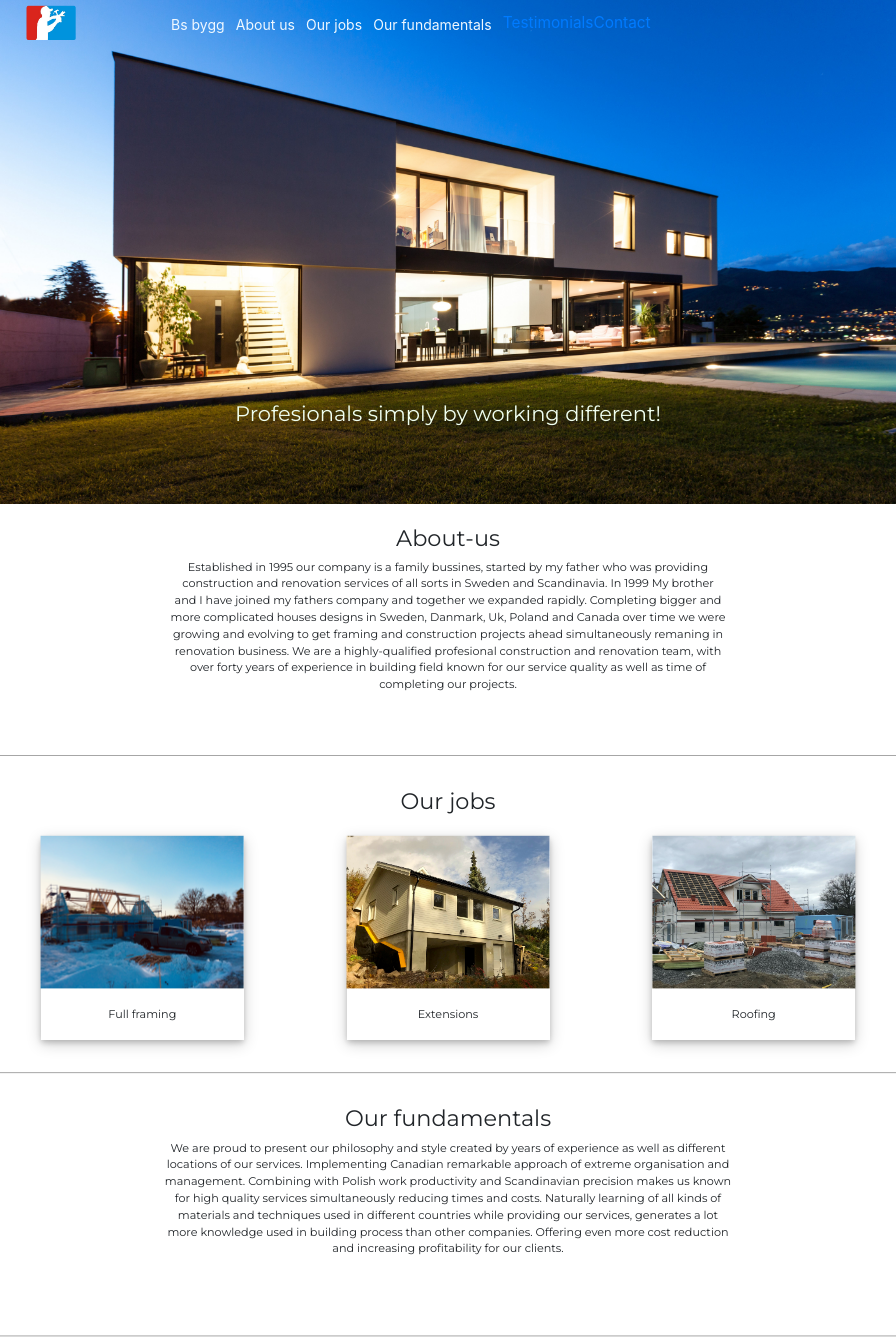
Repository: Bartie1982/milestone-project-1
Page: index.html
The author's editor kept a record of every edit. The page is drawn from the files as they stood at one moment, then again after the next edit.
The browser window is 1280 px wide. The pictures show the part of the page from y = 0 to 1920 px (the page is 2806 px tall), at 70% of full size.
Some web libraries are served in a nearby version.

Above is the page before.

### index.html
<!DOCTYPE html>
<html lang="en">

<head>
    <meta charset="UTF-8">
    <meta name="viewport" content="width=device-width, initial-scale=1.0">
    <meta http-equiv="X-UA-Compatible" content="ie=edge">
    <link rel="stylesheet" href="https://stackpath.bootstrapcdn.com/bootstrap/4.3.1/css/bootstrap.min.css" type="text/css" />
    <link rel="stylesheet" href="https://stackpath.bootstrapcdn.com/font-awesome/4.7.0/css/font-awesome.min.css" type="text/css" />
    <link rel="stylesheet" href="assets/css/style.css" type="text/css" />
    <title>BsBygg</title>
</head>

<body>
    <header>
        <div class="container-fluid h-50 d-inline-block">
            <div class="row">
                   <div class="mt-2 float-sm-left col-lg-2 col-md-3 col-sm-4 col-4">
                        <a href="index.html">
                        <img class="img logo" src="./assets/images/logo1.png" alt="Bs.bygg">
                        </a>
                    </div>
                    <div class="mt-2 col-lg-10 col-md-9 col-sm-8 col-8">
                            <nav class="mt-0 navbar navbar-expand-lg navbar-dark navbar-custom">
                            <a class="navbar-brand float-sm-left" href="index.html">Bs bygg</a>
                             <button class="navbar-toggler" type="button" data-toggle="collapse" data-target="#navbarNav" aria-controls="navbarNav" aria-expanded="false" aria-label="Toggle navigation">
                                    <span class="navbar-toggler-icon"></span>
                            </button>
                                <div class="collapse navbar-collapse" id="navbarNav">
                                    <ul class="navbar-nav">
                                        <li class="nav-item">
                                            <a class="navbar-brand" href="#about-us">About us</a>
                                        </li>
                                        <li class="nav-item">
                                            <a class="navbar-brand" href="#our-jobs">Our jobs</a>
                                        </li>
                                        <li class="nav-item">
                                            <a class="navbar-brand" href="#our-fundamentals">Our fundamentals</a>
                                        </li>
                                        <li class="nav-item">
                                            <a class="avbar-brand" href="#testimonials">Testimonials</a>
                                        </li>
                                        <li class="nav-item">
                                            <a class="avbar-brand" href="#contact">Contact</a>
                                        </li>
                                    </ul>
                                </div>

                        </nav>
                    </div>
        </div>
            </div>
            <div class="container-fluid h-50 d-inline-block">
                <div class="h-75 d-inline-block d-flex justify-content-center quote">
                        <p class="align-self-end ">Profesionals simply by working different!</p>
                </div>
            </div>
    </header>

    <section>
        <div class="d-flex justify-content-center" id="about-us">
            <div class="col-md-8 about-us">
                <h2>About-us</h2>

                <p class="col-md-12 text-space">Established in 1995 our company is a family bussines,
                started by my father who was providing construction and renovation services of all sorts in Sweden and Scandinavia.
                In 1999 My brother and I have joined my fathers company and together we expanded rapidly.
                Completing bigger and more complicated houses designs in Sweden, Danmark, Uk, Poland and Canada over time  we were growing and evolving to get framing and construction projects ahead simultaneously remaning in renovation business.
                We are a highly-qualified profesional construction and renovation team, with over forty years of experience in building field known for our service quality as well as time of completing our projects.
                </p>

            </div>
        </div>

        <div class="row">
            <div class="col-md-12 h-line4">
                <hr>
            </div>
        </div>

    </section>
    <section>
        <div class="row" id="our-jobs">
            <div class="col-md-12 Our-jobs">
                <h2>Our jobs</h2>
                    <div class="row d-flex justify-content-around">
                        <div class="col-sm-12 col-md-12 col-lg-4">
                            <div class="polaroid">
                        <img src="./assets/images/balsta-light.jpg" alt="Full framing" style="width:100%">
                             <div class="container p">
                             <p>Full framing</p>
                             </div>
                       </div>
                        </div>
                        <div class="col-sm-12 col-md-12 col-lg-4">
                            <div class="polaroid">
                        <img src="./assets/images/akersberga-ed.jpg" alt="Extensions" style="width:100%">
                             <div class="container p">
                             <p>Extensions</p>
                             </div>
                       </div>
                        </div>
                        <div class="col-sm-12 col-md-12 col-lg-4">
                            <div class="polaroid">
                        <img src="./assets/images/tak-arbetet-ed.jpg" alt="Roofing" style="width:100%">
                             <div class="container p">
                             <p>Roofing</p>
                         </div>
                        </div>
                    </div>
                </div>
            </div>
        </div>
    </section>
    <section>
        <div class="row">
            <div class="col-md-12 h-line3">
                <hr>
            </div>
        </div>
        <div class="row d-flex justify-content-center" id="our-fundamentals">
            <div class="col-md-8 our-fundamentals">
                <h2>Our fundamentals</h2>

                <p class="col-md-12 text-space">We are proud to present our philosophy and style created by years of experience as well as different locations of our services.
                Implementing  Canadian remarkable approach of extreme organisation and management.
                Combining with Polish work productivity and Scandinavian precision makes us known for high quality services simultaneously reducing times and costs.
                Naturally learning of all kinds of materials and techniques used in different countries while providing our services, generates a lot more knowledge used in building process than other companies. Offering even more
                cost reduction and increasing profitability for our clients.
                </p>
            </div>
        </div>

        <div class="row">
            <div class="col-md-12 h-line4">
                <hr>
            </div>
        </div>
    </section>
    <section>
        <div class="row" id="testimonials">
            <div class="col-md-12 Testimonials">
                <h2>Testimonials</h2>
                    <div class="row people d-flex justify-content-around">
                        <div class="col-sm-12 col-md-4 person">
                            <img class="img-fluid" src="./assets/images/Face 6.jpg" alt="Peter">
                            <p class="text-space"><i>"It's verry professional company with services worth recomending to everyone."</i><br><b>PETER</b></p>
                        </div>
                        <div class="col-sm-12 col-md-4 person">
                            <img class="img-fluid" src="./assets/images/Face 4.jpg" alt="Henrik">
                            <p class="text-space"><i>"Very good prepared and colaborative, I could see right away I have been hired profesionals."</i><br><b>HENRIK</b></p>
                        </div>
                        <div class="col-sm-12 col-md-4 person">
                            <img class="img-fluid" src="./assets/images/Face 7.jpg" alt="Frida">
                            <p class="text-space">"<i>Work was well planed, well orginased and definetly quick and clean."</i><br><b>FRIDA</b></p>
                        </div>
                    </div>
            </div>
                <div class="row">
                    <div class="col-md-12 h-line4">
                        <hr>
                    </div>
                </div>
    </section>
    <footer class="container-fluid" id="contact">
        <div class="row">
                <div class="col-lg-6 col-md-6 col-sm-12 mx-auto">
                    <h4 class="general-sub w-50 mx-auto">Contact</h4>

                        <div class="w-50 mx-auto">
                            <div>
                            <p><b>Email:</b> contact@bsbygg.com</p>
                            </div>
                            <div>
                            <p><b>Mobile:</b> 0704645042 </p>
                            </div>
                            <div>
                            <p><b>Adress:</b> Petersbergsvagen 5 <br>185 34 Vaxholm</p>
                        </div>
                </div>
        </div>
            <div class="col-lg-6 col-md-6 col-sm-12 social mx-auto">
                <h4 class="general-sub w-50 mx-auto">Social</h4>
                <ul class="list-inline social-links w-50 mx-auto">
                <li class="list-inline-item">
                    <a target="_blank" href="https://www.linkedin.com/">
                        <i class="fa fa-linkedin" aria-hidden="true"></i>
                        <span class="sr-only">Linkedin</span>
                    </a>
                </li>

                <li class="list-inline-item">
                    <a target="_blank" href="https://www.facebook.com/">
                        <i class="fa fa-facebook" aria-hidden="true"></i>
                        <span class="sr-only">Facebook</span>
                    </a>

                </li>
                <li class="list-inline-item">
                    <a target="_blank" href="https://www.pinterest.com/">
                        <i class="fa fa-pinterest" aria-hidden="true"></i>
                        <span class="sr-only">Pinterest</span>
                    </a>
                </li>
                <li class="list-inline-item">
                    <a target="_blank" href="https://www.instagram.com/">
                        <i class="fa fa-instagram" aria-hidden="true"></i>
                        <span class="sr-only">Instagram</span>
                    </a>
                </li>

                </ul>
            </div>
        </div>
        <div class="d-flex justify-content-center">
            <p class="">All rights reserved  Bartosz Szkaradzinski 2020</p>
        </div>
    </footer>
    <script src="https://code.jquery.com/jquery-3.2.1.slim.min.js" integrity="sha384-KJ3o2DKtIkvYIK3UENzmM7KCkRr/rE9/Qpg6aAZGJwFDMVNA/GpGFF93hXpG5KkN" crossorigin="anonymous"></script>
<script src="https://cdnjs.cloudflare.com/ajax/libs/popper.js/1.12.9/umd/popper.min.js" integrity="sha384-ApNbgh9B+Y1QKtv3Rn7W3mgPxhU9K/ScQsAP7hUibX39j7fakFPskvXusvfa0b4Q" crossorigin="anonymous"></script>
<script src="https://maxcdn.bootstrapcdn.com/bootstrap/4.0.0/js/bootstrap.min.js" integrity="sha384-JZR6Spejh4U02d8jOt6vLEHfe/JQGiRRSQQxSfFWpi1MquVdAyjUar5+76PVCmYl" crossorigin="anonymous"></script>
</body>

</html>

### assets/css/style.css
@import url('https://fonts.googleapis.com/css?family=Montserrat&display=swap:100,200,300,400,500,600,700|Exo:100,200,300,400,500,600,700');


/*----------------------------------------------Colours*/
.bg-color-name-title {
      color: #000234;
}



/*----------------------------------------------Heading*/

html, body {
    width: 100vw;
    overflow-x: hidden;
    overflow-y: auto;
}

header {
    height: 100vh;
    margin: 0;
    background: url("../images/Villa1.jpg");
    background-repeat: no-repeat;
    background-size: cover;


}

.logo {
    background-repeat: no-repeat;
    background-size: 30px;
    min-height: 20px;
    height: 50px;
    margin-top: inherit;
    margin-left: 20px;
    margin-right: 2px;
    padding-left: 0px;
    padding-right:0px;

}


.navbar {
    margin-right: auto;
    margin-left: auto;
    margin-top: 25px;

}

.navbar-dark {
    font-size: 22px;
    font-weight: 400;
}

.custom-toggler.navbar-toggler {
    border-color: #ADD8E6;
}

.navbar-custom .navbar-brand,
.navbar-custom .navbar-text {
    color: #F0F8FF;
}

.quote {
    color: #F0FFF0;
    font-family: "Exo", Montserrat;
    font-weight: 100;
    font-size: 30px;
    text-align: center;


}


/*----------------------------------------------About us*/

.about-us {

    font-family: "Exo", Montserrat;
    margin-top: 30px;
    text-align: center;
    min-height: 300px;

}

/*----------------------------------------------Our fundamentals*/



.our-fundamentals {
    font-family: "Exo", Montserrat;
    margin-top: 30px;
    text-align: center;
    min-height: 300px;
}




/*----------------------------------------------Our jobs*/

.polaroid {
  width: 290px;
  box-shadow: 0 4px 8px 0 rgba(0, 0, 0, 0.2), 0 6px 20px 0 rgba(0, 0, 0, 0.19);
  text-align: center;
  margin: 30px auto 30px auto;

}

.Our-jobs {
    font-family: "Exo", Montserrat;
    margin-top: 30px;
    text-align: center;
    min-height: 300px;

}


/*----------------------------------------------Testimonials*/

.container p {
  padding: 25px;
}
.people {
    margin-top:20px;
    margin-bottom: 40px;
}
.person {

    height: inherit;
    margin-bottom: 30px;
}
.person img {
    width: 50%;
    margin-left: auto;
    margin-right: auto;
}
.person p {
    padding-left: 30px;
    padding-right: 30px;
}


.name {
    font-family: "Exo", Montserrat;
    background-position: center;
    margin-top: 50px;
    font-weight: 100;
    min-height: 100px;
    font-size: 46px;
    color: #fff;

}

.Testimonials {
    font-family: "Exo", Montserrat;
    margin-top: 30px;
    text-align: center;
    min-height: 300px;

}

/*----------------------------------------------Spacers/lines/margins/paddings/text */

h1,
h2,
h3,
h4 {
       margin: 0;
}

hr {
    background-color: grey;
    height: 1px;
    border: 0; }

.h-line3 {
    margin-top: 0;

}

.h-line4 {
    margin-top: 1%;
}

.text-space {
    margin-top: 10px;
    margin-bottom: 10px;
}

.general-sub {
    margin-top: 20px;
    margin-bottom: 10px;
    color: #fafafa;
    font-family: "Exo", Montserrat;
    font-weight: 300;

}

.inline-block {
    display: inline-block;

}

/*----------------------------------------------Footer*/

footer {
    background-color: #525252;
    color: #fafafa;
    min-height: 240px;
}

.contact {
    margin-left: auto;
    margin-right: auto;

}

.quote-pdf i {
    font-size: 20px;
    color: #fafafa;
    text-align: center;
    padding-left: 8px;
    transition: all 0.45s ease-in;
    -moz-transition: all 0.45s ease-in;
    -webkit-transition: all 0.45s ease-in;
    -o-transition: all 0.45s ease-in;
}

.quote-pdf i:hover {
    color: #40A8AF;

}
.social {
     margin-right: auto;
     margin-left: auto;
}

.social-links li a i {
    width: 30px;
    height:30px;
    padding: 15px;
    border-radius: 15%;
    font-size: 15px;
    line-height: 10px;
    text-align: center;
    color: #fafafa;
    background: #8f8f8f;
    transition: all 0.35s ease-in;
    -moz-transition: all 0.35s ease-in;
    -webkit-transition: all 0.35s ease-in;
    -o-transition: all 0.35s ease-in;
}

.social-links li a i:hover {
    background: #40A8AF;
}

After the next edit:
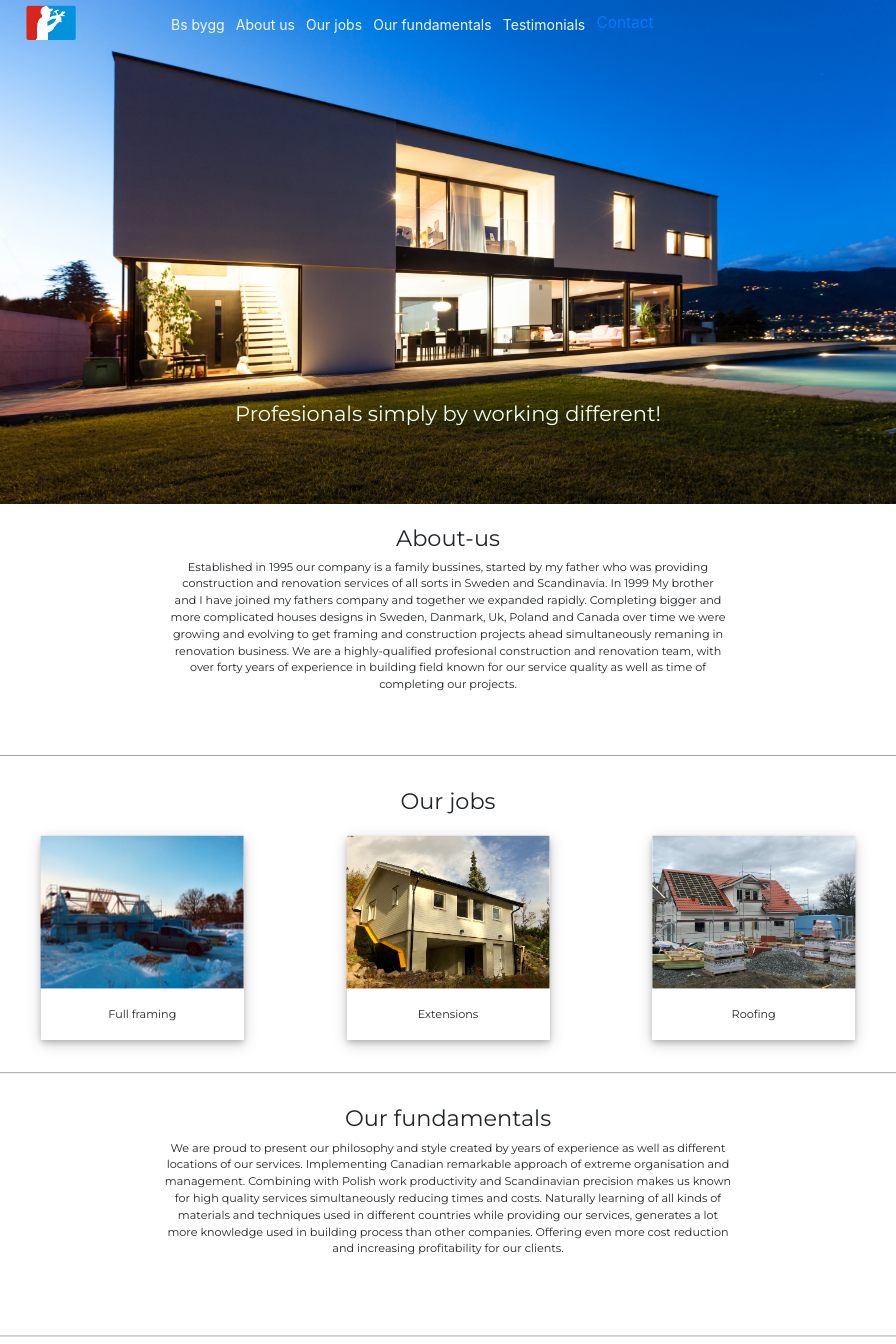
The edit:
--- a/index.html
+++ b/index.html
@@ -38,7 +38,7 @@
                                             <a class="navbar-brand" href="#our-fundamentals">Our fundamentals</a>
                                         </li>
                                         <li class="nav-item">
-                                            <a class="avbar-brand" href="#testimonials">Testimonials</a>
+                                            <a class="navbar-brand" href="#testimonials">Testimonials</a>
                                         </li>
                                         <li class="nav-item">
                                             <a class="avbar-brand" href="#contact">Contact</a>
